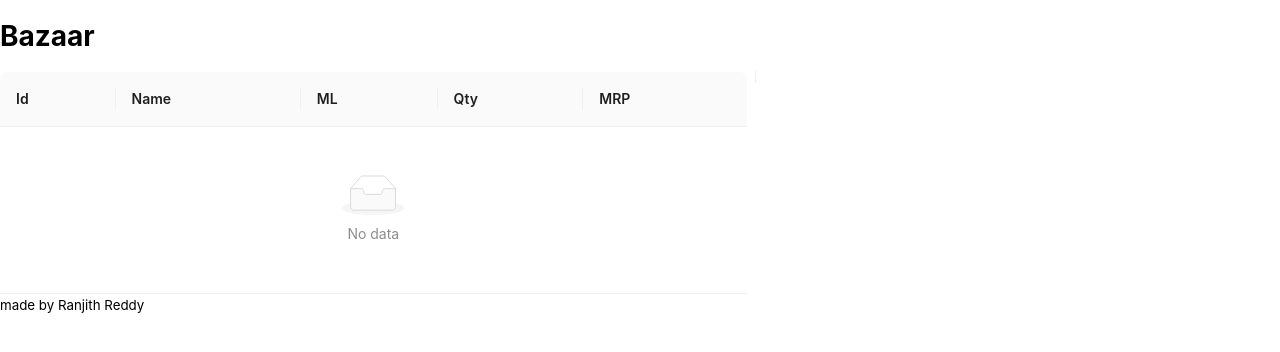
Repository: rxg8255/bazaar
Page: /
These files come from the project's save history. The page is drawn as it stood at one moment and after a run of saves; the edit follows.
The browser window is 1280 px wide. The pictures show the whole page.
The page's requests for data from a server got no answer. The project was rebuilt for these pictures with package versions that can differ from the ones it lists, and the page was loaded fresh each time. No one was signed in, and anything a server would have sent is missing. Also part of the build but not shown: src/App.css.

Above is the page before, as saved 2024-01-23 01:10:41.

### src/App.js
import "./App.css";
import Product from "./Products";
import { Row, Col, Divider } from "antd";
import React, { useState } from "react";

function App() {
  const [cartData, setCartData] = useState(null);

  const handleData = (data) => {
    setCartData(data);
  };

  return (
    <div className="container">
      <Row>
        <Col span={24}>
          <h1>Bazaar</h1>
        </Col>
      </Row>
      <Row>
        <Col span={14}>
          <Product cartData={cartData} onData={handleData} />
        </Col>
        <Divider type="vertical" />
        {/* <Col span={1}></Col> */}
        <Col span={9}></Col>
      </Row>
      <footer>
        <small>made by Ranjith Reddy</small>
      </footer>
    </div>
  );
}

export default App;

### src/Products.js
import React, { useState, useEffect } from "react";
import axios from "axios";
import { Table } from "antd";

function Product(props) {
  const columns = [
    {
      title: "Id",
      dataIndex: "key",
    },
    {
      title: "Name",
      dataIndex: "name",
    },
    {
      title: "ML",
      dataIndex: "quantity",
    },
    {
      title: "Qty",
      dataIndex: "available",
    },
    {
      title: "MRP",
      dataIndex: "mrp_price",
    },
  ];
  const [data, setData] = useState(null);

  useEffect(() => {
    const fetchData = async () => {
      // Try to get the data from the API endpoint
      try {
        // Use axios.get to make a GET request with the URL
        const response = await axios.get(
          "http://127.0.0.1:8000/api/inventory/"
        );
        // Set the data state with the response data
        setData(response.data);
      } catch (error) {
        // Handle the error if any
        console.error(error);
      }
    };
    // Call the async function
    fetchData();
  }, []);

  return (
    <div>
      <Table columns={columns} dataSource={data} />
    </div>
  );
}

export default Product;

Loaded but not shown: public/index.html (common file); src/index.js (common file); src/index.css (common file); src/reportWebVitals.js (common file)

After the next 2 saves:
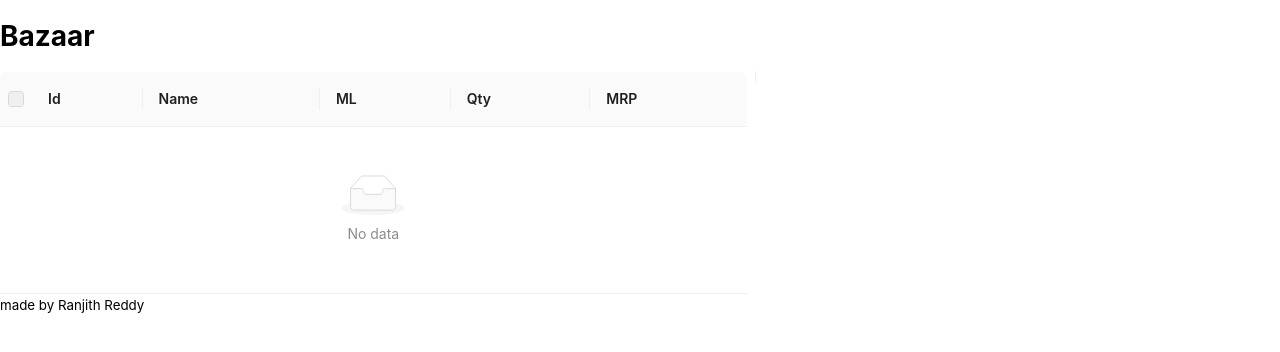
The 2 saves are shown as one change because 1 did not build or start.
The last was saved 2 min 52 s later.
--- a/src/Products.js
+++ b/src/Products.js
@@ -1,6 +1,6 @@
 import React, { useState, useEffect } from "react";
 import axios from "axios";
-import { Table } from "antd";
+import { Table, InputNumber } from "antd";
 
 function Product(props) {
   const columns = [
@@ -46,9 +46,37 @@ function Product(props) {
     fetchData();
   }, []);
 
+  const rowSelection = {
+    onChange: async (selectedRowKeys, selectedRows) => {
+      await selectedRows.map(
+        (item) => (item["total_price"] = Number(item["mrp_price"]))
+      );
+      selectedRows.map((item) => (item["count_value"] = 1));
+      await selectedRows.map(
+        (item) =>
+          (item["count"] = (
+            <InputNumber
+              name="name"
+              min={1}
+              max={item.available}
+              defaultValue={1}
+              onChange={(e) => {
+                item["count_value"] = e;
+                this.setState({ changeData: e * item.mrp_price });
+                this.setState({ changeKey: item.key });
+              }}
+            />
+          ))
+      );
+      await this.setState({ selectedData: selectedRows });
+      const dispatch = this.context.dispatch;
+      dispatch({ type: "ADD_DATA", payload: this.state.selectedData });
+    },
+  };
+
   return (
     <div>
-      <Table columns={columns} dataSource={data} />
+      <Table columns={columns} dataSource={data} rowSelection={rowSelection} />
     </div>
   );
 }
